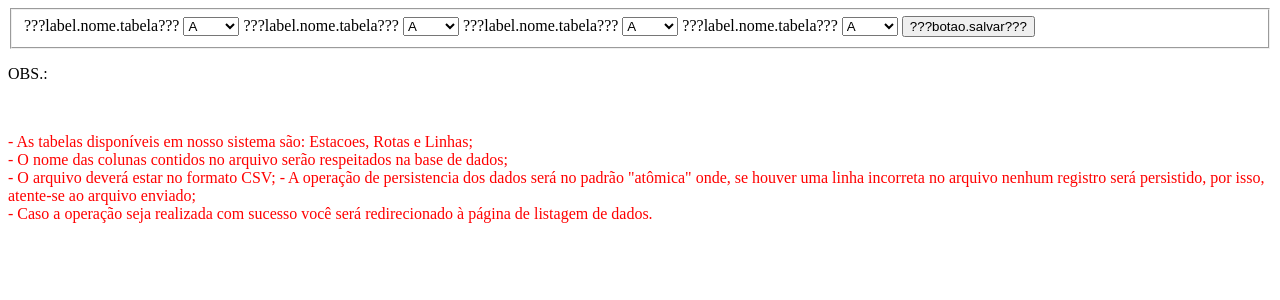
Repository: jonathansds/GIT_Metro-Londres
Page: http://localhost/Metro-Londres/WEB-INF/jsp/dados/trajeto.jsp
The author's editor kept a copy of each file at every save. The page is drawn from the files as they stood at one save, then again after the next save.
The browser window is 1280 px wide. The pictures show the whole page.
The page is served by Tomcat 9. Nobody is signed in. Other server files are loaded and not shown. The template is opened directly, without the code that normally fills it, so the values that code supplies are empty.

Above is the page before, as saved 2014-05-13 17:15:20.

### Workspace_Metro-Londres/Metro-Londres/WebContent/WEB-INF/jsp/dados/trajeto.jsp
<?xml version="1.0" encoding="ISO-8859-1" ?>
<%@ page language="java" contentType="text/html; charset=ISO-8859-1" pageEncoding="ISO-8859-1"%>
<%@taglib uri="http://java.sun.com/jsp/jstl/core" prefix="c"%>
<%@taglib uri="http://java.sun.com/jsp/jstl/fmt" prefix="fmt"%>

<!DOCTYPE html PUBLIC "-//W3C//DTD XHTML 1.0 Transitional//EN" "http://www.w3.org/TR/xhtml1/DTD/xhtml1-transitional.dtd">
<html xmlns="http://www.w3.org/1999/xhtml"
	xmlns:p="http://primefaces.org/ui">


	<body>
		<form action="<c:url value='/definir' />" method="post">
			<fieldset>
				<label for="estacao1"><fmt:message key='label.nome.tabela' /></label>
				<select id="estacao1" name="estacaoOrigem">
				    <option value="A">A</option>
				    <option value="B">A</option>
				    <option value="-">Other</option>
				</select>
				<label for="linha1"><fmt:message key='label.nome.tabela' /></label>
				<select id="linha1" name="linhaOrigem">
				    <option value="A">A</option>
				    <option value="B">A</option>
				    <option value="-">Other</option>
				</select>
				<label for="estacao2"><fmt:message key='label.nome.tabela' /></label>
				<select id="estacao2" name="estacaoDestino">
				    <option value="A">A</option>
				    <option value="B">A</option>
				    <option value="-">Other</option>
				</select>
				<label for="linha2"><fmt:message key='label.nome.tabela' /></label>
				<select id="linha2" name="linhaDestino">
				    <option value="A">A</option>
				    <option value="B">A</option>
				    <option value="-">Other</option>
				</select>
			    <button type="submit" ><fmt:message key='botao.salvar' /></button>
			</fieldset>
		</form>
		<p>OBS.:</p><br />
		<p style="color: red">
			- As tabelas disponíveis em nosso sistema são: Estacoes, Rotas e Linhas; <br />
			- O nome das colunas contidos no arquivo serão respeitados na base de dados; <br/>
			- O arquivo deverá estar no formato CSV;
			- A operação de persistencia dos dados será no padrão "atômica" onde, se houver uma linha incorreta no arquivo nenhum registro será persistido, por isso, atente-se ao arquivo enviado; <br/>
			- Caso a operação seja realizada com sucesso você será redirecionado à página de listagem de dados.
		</p>
	</body>
</html>

After the next save:
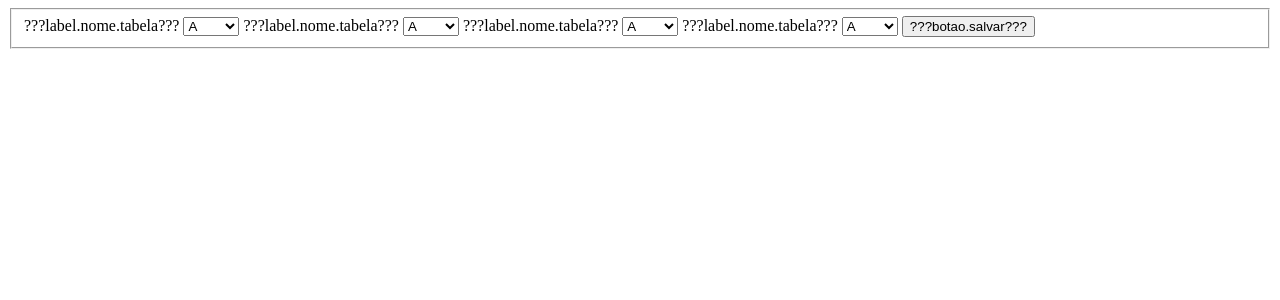
Saved 33 s later.
--- a/Workspace_Metro-Londres/Metro-Londres/WebContent/WEB-INF/jsp/dados/trajeto.jsp
+++ b/Workspace_Metro-Londres/Metro-Londres/WebContent/WEB-INF/jsp/dados/trajeto.jsp
@@ -38,13 +38,5 @@
 			    <button type="submit" ><fmt:message key='botao.salvar' /></button>
 			</fieldset>
 		</form>
-		<p>OBS.:</p><br />
-		<p style="color: red">
-			- As tabelas disponíveis em nosso sistema são: Estacoes, Rotas e Linhas; <br />
-			- O nome das colunas contidos no arquivo serão respeitados na base de dados; <br/>
-			- O arquivo deverá estar no formato CSV;
-			- A operação de persistencia dos dados será no padrão "atômica" onde, se houver uma linha incorreta no arquivo nenhum registro será persistido, por isso, atente-se ao arquivo enviado; <br/>
-			- Caso a operação seja realizada com sucesso você será redirecionado à página de listagem de dados.
-		</p>
 	</body>
 </html>
